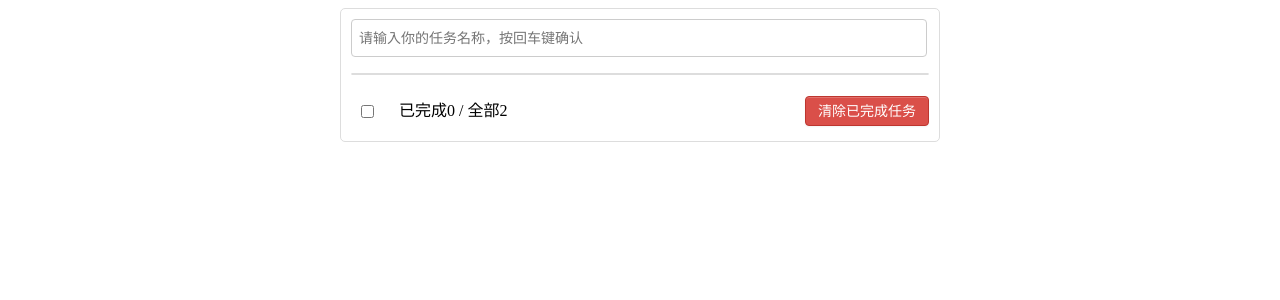
Repository: 319226862/wyy
Page: / (app in vue_test/)
An editor plug-in stored every save of this project. The page is shown before and after the next save, followed by the edit.
The browser window is 1280 px wide. The pictures show the whole page.
The project was rebuilt for these pictures with package versions that can differ from the ones it lists, and the page was loaded fresh each time. Also part of the build but not shown: vue_test/vue.config.js.

Above is the page before, as saved 2023-06-19 16:48:47.

After the next save:
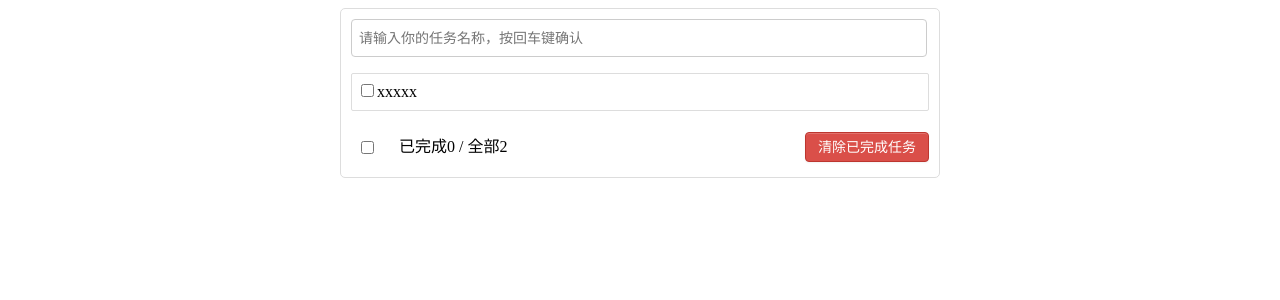
Saved 53 s later.
--- a/vue_test/src/components/MyList.vue
+++ b/vue_test/src/components/MyList.vue
@@ -5,11 +5,11 @@
 </template>
 
 <script>
-import Item from './MyItem.vue'
+import MyItem from './MyItem.vue'
 export default {
     name:'MyList',
     components:{
-      Item
+      MyItem
     }
 }
 </script>
